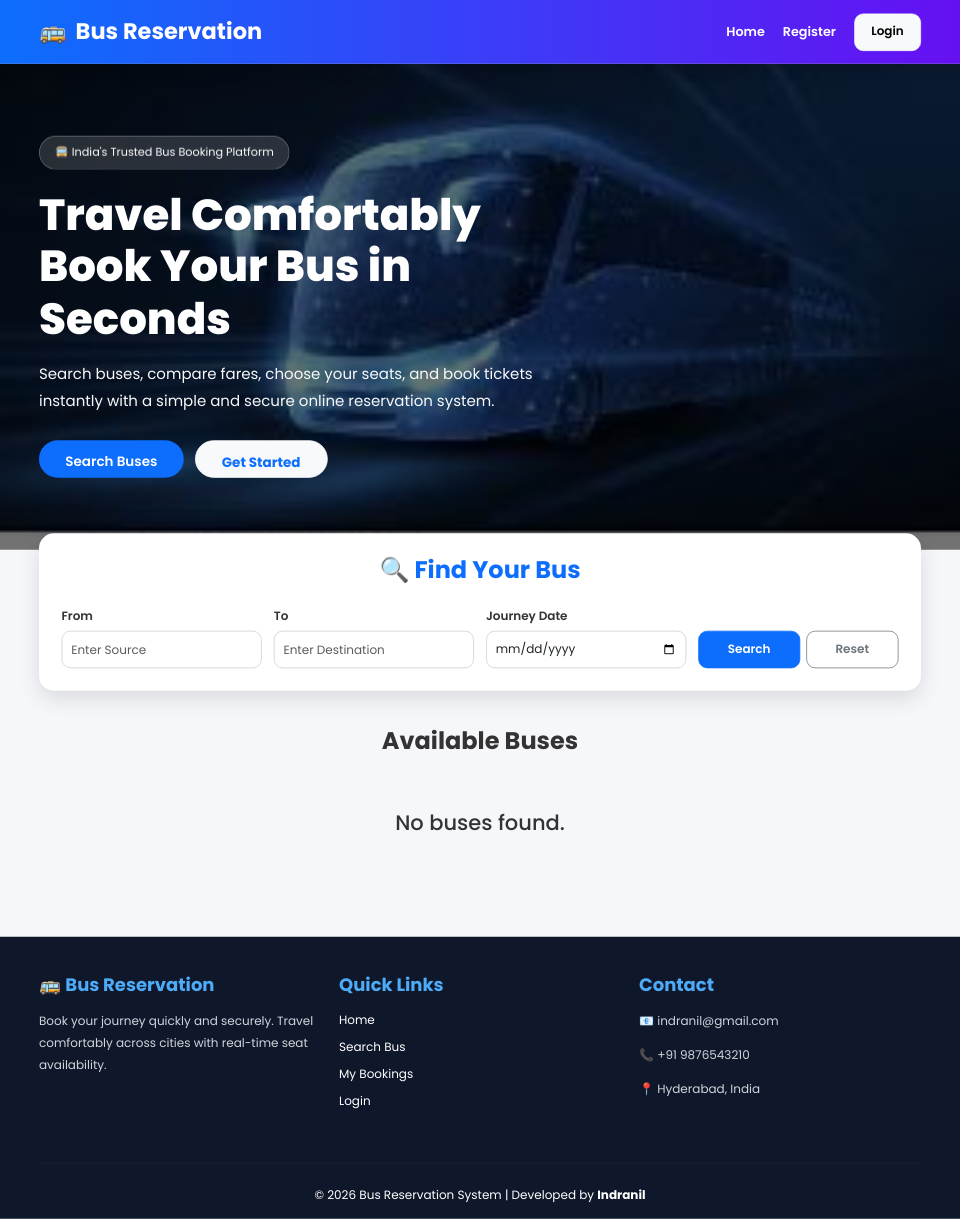
Repository: Eswarabhinay06/Bus-Reservation-System
Page: / (app in AIML-09-Bus-Reservation-System-main/bus-reservation-frontend/)
The author's editor kept a copy of each file at every save. The page is drawn from the files as they stood at one save, then again after the next save.
The browser window is 1280 px wide. The pictures show the whole page, at 75% of full size.
The page's requests for data from a server got no answer. The project was rebuilt for these pictures with package versions that can differ from the ones it lists, and the page was loaded fresh each time. No one was signed in, and anything a server would have sent is missing. Also part of the build but not shown: AIML-09-Bus-Reservation-System-main/bus-reservation-frontend/vite.config.js, AIML-09-Bus-Reservation-System-main/bus-reservation-frontend/src/styles/BusCard.css, AIML-09-Bus-Reservation-System-main/bus-reservation-frontend/src/components/BusCard.jsx, AIML-09-Bus-Reservation-System-main/bus-reservation-frontend/src/styles/SeatSelection.css, AIML-09-Bus-Reservation-System-main/bus-reservation-frontend/src/components/SeatSelection.jsx, AIML-09-Bus-Reservation-System-main/bus-reservation-frontend/src/styles/Register.css, AIML-09-Bus-Reservation-System-main/bus-reservation-frontend/src/pages/Register.jsx, AIML-09-Bus-Reservation-System-main/bus-reservation-frontend/src/styles/Login.css and 7 more.

Above is the page before, as saved 2026-07-15 13:35:31.

### AIML-09-Bus-Reservation-System-main/bus-reservation-frontend/index.html
<!doctype html>
<html lang="en">

<head>

  <meta charset="UTF-8" />

  <meta
    name="viewport"
    content="width=device-width, initial-scale=1.0"
  />

  <title>Bus Reservation System</title>

  <meta
    name="description"
    content="Online Bus Reservation System"
  />

  <link
    rel="preconnect"
    href="https://fonts.googleapis.com"
  />

  <link
    rel="preconnect"
    href="https://fonts.gstatic.com"
    crossorigin
  />

  <link
    href="https://fonts.googleapis.com/css2?family=Poppins:wght@300;400;500;600;700;800&display=swap"
    rel="stylesheet"
  />

</head>

<body>

  <div id="root"></div>

  <script
    type="module"
    src="/src/main.jsx"
  ></script>

</body>

</html>

### AIML-09-Bus-Reservation-System-main/bus-reservation-frontend/src/main.jsx
import { StrictMode } from 'react'
import { createRoot } from 'react-dom/client'
import 'bootstrap/dist/css/bootstrap.min.css'   // Add this line
import './index.css'
import App from './App.jsx'
import "bootstrap-icons/font/bootstrap-icons.css";

createRoot(document.getElementById('root')).render(
  <StrictMode>
    <App />
  </StrictMode>,
)

### AIML-09-Bus-Reservation-System-main/bus-reservation-frontend/src/index.css
* {
  margin: 0;
  padding: 0;
  box-sizing: border-box;
  font-family: "Poppins", sans-serif;
}

body {
  background: #f5f7fb;
  overflow-x: hidden;
  color: #333;
}

a {
  text-decoration: none;
}

button {
  cursor: pointer;
}

img {
  max-width: 100%;
}

.container {
  max-width: 1200px;
}

### AIML-09-Bus-Reservation-System-main/bus-reservation-frontend/src/App.jsx
import { BrowserRouter, Routes, Route } from "react-router-dom";

import Navbar from "./components/Navbar";
import Footer from "./components/Footer";

import SearchBus from "./pages/SearchBus";
import Register from "./pages/Register";
import Login from "./pages/Login";
import MyBookings from "./pages/MyBookings";
import AddBus from "./pages/AddBus";
import Payment from "./pages/Payment";

function App() {
  return (
    <BrowserRouter>

      <Navbar />

      <Routes>

        <Route
          path="/"
          element={<SearchBus />}
        />

        <Route
          path="/register"
          element={<Register />}
        />

        <Route
          path="/login"
          element={<Login />}
        />

        <Route
          path="/payment"
          element={<Payment />}
        />

        <Route
          path="/my-bookings"
          element={<MyBookings />}
        />

        <Route
          path="/add-bus"
          element={<AddBus />}
        />

      </Routes>

      <Footer />

    </BrowserRouter>
  );
}

export default App;

### AIML-09-Bus-Reservation-System-main/bus-reservation-frontend/src/components/Navbar.jsx
import { Link, useNavigate } from "react-router-dom";
import "../styles/Navbar.css";

function Navbar() {
  const navigate = useNavigate();
  const user = JSON.parse(localStorage.getItem("user"));

  const logout = () => {
    localStorage.removeItem("user");
    alert("Logged out Successfully!");
    navigate("/login");
  };

  return (
    <nav className="navbar navbar-expand-lg custom-navbar sticky-top">

      <div className="container">

        {/* Logo */}
        <Link className="navbar-brand" to="/">
          🚌 <span>Bus Reservation</span>
        </Link>

        {/* Mobile Toggle */}
        <button
          className="navbar-toggler"
          type="button"
          data-bs-toggle="collapse"
          data-bs-target="#navbarNav"
        >
          <span className="navbar-toggler-icon"></span>
        </button>

        {/* Menu */}
        <div className="collapse navbar-collapse" id="navbarNav">

          <ul className="navbar-nav ms-auto align-items-lg-center">

            <li className="nav-item">
              <Link className="nav-link" to="/">
                Home
              </Link>
            </li>

            {!user ? (
              <>
                <li className="nav-item">
                  <Link className="nav-link" to="/register">
                    Register
                  </Link>
                </li>

                <li className="nav-item">
                  <Link className="btn btn-light login-btn ms-lg-3" to="/login">
                    Login
                  </Link>
                </li>
              </>
            ) : (
              <>
                <li className="nav-item">
                  <Link className="nav-link" to="/my-bookings">
                    My Bookings
                  </Link>
                </li>

                <li className="nav-item">
                  <Link className="nav-link" to="/add-bus">
                    Add Bus
                  </Link>
                </li>

                <li className="nav-item">
                  <span className="welcome-text">
                    👋 {user.name}
                  </span>
                </li>

                <li className="nav-item">
                  <button
                    className="btn btn-danger logout-btn ms-lg-3"
                    onClick={logout}
                  >
                    Logout
                  </button>
                </li>
              </>
            )}

          </ul>

        </div>

      </div>

    </nav>
  );
}

export default Navbar;

### AIML-09-Bus-Reservation-System-main/bus-reservation-frontend/src/components/Footer.jsx
import "../styles/Footer.css";

function Footer() {
  return (
    <footer className="footer">

      <div className="container">

        <div className="row">

          {/* About */}
          <div className="col-md-4 mb-4">
            <h4>🚌 Bus Reservation</h4>
            <p>
              Book your journey quickly and securely.
              Travel comfortably across cities with
              real-time seat availability.
            </p>
          </div>

          {/* Quick Links */}
          <div className="col-md-4 mb-4">
            <h4>Quick Links</h4>

            <ul className="footer-links">
              <li>Home</li>
              <li>Search Bus</li>
              <li>My Bookings</li>
              <li>Login</li>
            </ul>
          </div>

          {/* Contact */}
          <div className="col-md-4 mb-4">
            <h4>Contact</h4>

            <p>📧 indranil@gmail.com</p>
            <p>📞 +91 9876543210</p>
            <p>📍 Hyderabad, India</p>
          </div>

        </div>

        <hr />

        <div className="text-center">
          © 2026 Bus Reservation System | Developed by <b>Indranil</b>
        </div>

      </div>

    </footer>
  );
}

export default Footer;

### AIML-09-Bus-Reservation-System-main/bus-reservation-frontend/src/pages/SearchBus.jsx
import { useEffect, useState } from "react";
import { useNavigate } from "react-router-dom";
import api from "../services/api";

import Hero from "../components/Hero";
import SearchBar from "../components/SearchBar";
import BusCard from "../components/BusCard";
import SeatSelection from "../components/SeatSelection";

function SearchBus() {
  const [buses, setBuses] = useState([]);
  const [filteredBuses, setFilteredBuses] = useState([]);
  const [selectedBus, setSelectedBus] = useState(null);

  const navigate = useNavigate();

  // Fetch all buses
  const fetchBuses = async () => {
    try {
      const response = await api.get("/buses");
      setBuses(response.data);
      setFilteredBuses(response.data);
    } catch (error) {
      console.error(error);
      alert("Unable to fetch buses");
    }
  };

  useEffect(() => {
    fetchBuses();
  }, []);

  // Search buses
  const searchBus = (source, destination) => {
    if (!source && !destination) {
      setFilteredBuses(buses);
      return;
    }

    const result = buses.filter(
      (bus) =>
        bus.source.toLowerCase().includes(source.toLowerCase()) &&
        bus.destination.toLowerCase().includes(destination.toLowerCase())
    );

    setFilteredBuses(result);
  };

  // Go to Payment Page
const goToPayment = (seatCount, selectedSeats) => {

  const user = JSON.parse(localStorage.getItem("user"));

  if (!user) {
    alert("Please Login First");
    navigate("/login");
    return;
  }

  navigate("/payment", {
    state: {
      bus: selectedBus,
      seatCount,
      selectedSeats,
    },
  });

};

  return (
    <>
      <Hero />

      <div className="container py-5" id="buses">

        <SearchBar onSearch={searchBus} />

        <h2 className="text-center fw-bold mt-5 mb-4">
          Available Buses
        </h2>

        <div className="row">

          {filteredBuses.length === 0 ? (
            <div className="text-center mt-5">
              <h3>No buses found.</h3>
            </div>
          ) : (
            filteredBuses.map((bus) => (
              <BusCard
                key={bus.id}
                bus={bus}
                onBook={() => setSelectedBus(bus)}
              />
            ))
          )}

        </div>

        {selectedBus && (
          <div className="mt-5">
            <SeatSelection
    busId={selectedBus.id}
    availableSeats={selectedBus.availableSeats}
    onConfirm={goToPayment}
/>
          </div>
        )}

      </div>
    </>
  );
}

export default SearchBus;

### AIML-09-Bus-Reservation-System-main/bus-reservation-frontend/src/styles/Navbar.css
.custom-navbar{
    background:linear-gradient(90deg,#0d6efd,#6610f2);
    padding:15px 0;
    box-shadow:0 5px 20px rgba(0,0,0,.15);
}

.navbar-brand{
    color:white !important;
    font-size:30px;
    font-weight:700;
    text-decoration:none;
}

.navbar-brand span{
    margin-left:5px;
}

.nav-link{
    color:white !important;
    font-size:17px;
    font-weight:500;
    margin-left:20px;
    transition:.3s;
}

.nav-link:hover{
    color:#ffd43b !important;
}

.login-btn{
    border-radius:30px;
    padding:10px 22px;
    font-weight:600;
}

.logout-btn{
    border-radius:30px;
    padding:10px 20px;
}

.welcome-text{
    color:#ffd43b;
    font-weight:bold;
    margin-left:20px;
}

.navbar-toggler{
    border:none;
}

.navbar-toggler:focus{
    box-shadow:none;
}

@media(max-width:992px){

.nav-link{
    margin-left:0;
    margin-top:10px;
}

.login-btn,
.logout-btn{
    margin-top:15px;
    width:100%;
}

.welcome-text{
    margin:15px 0;
    display:block;
}

}
.navbar-nav .nav-link {
    color: white !important;
    font-weight: 600;
    padding: 10px 22px;
    border-radius: 12px;
    transition: all 0.3s ease;
    margin-left: 8px;
}

.navbar-nav .nav-link:hover {
    background: rgba(255,255,255,0.15);
    color: white !important;
}

.navbar-nav .nav-link.active {
    background: #0d6efd;
    color: white !important;
    box-shadow: 0 0 15px rgba(13,110,253,0.4);
}

### AIML-09-Bus-Reservation-System-main/bus-reservation-frontend/src/styles/Footer.css
.footer{
    background:#0f172a;
    color:white;
    padding:50px 0 20px;
    margin-top:80px;
}

.footer h4{
    margin-bottom:20px;
    color:#4dabf7;
    font-weight:bold;
}

.footer p{
    color:#d1d5db;
    line-height:1.8;
}

.footer-links{
    list-style:none;
    padding:0;
}

.footer-links li{
    margin-bottom:12px;
    cursor:pointer;
    transition:.3s;
}

.footer-links li:hover{
    color:#4dabf7;
    transform:translateX(5px);
}

.footer hr{
    border-color:#334155;
    margin:30px 0;
}

### AIML-09-Bus-Reservation-System-main/bus-reservation-frontend/src/services/api.js
import axios from "axios";

const api = axios.create({
  baseURL: "http://localhost:9090/api",
});

export default api;

### AIML-09-Bus-Reservation-System-main/bus-reservation-frontend/src/components/Hero.jsx
import "../styles/Hero.css";

function Hero() {
  return (
    <section className="hero">

      <div className="hero-overlay">

        <div className="container">

          <div className="row align-items-center">

            <div className="col-lg-7">

              <div className="hero-badge">
                🚍 India's Trusted Bus Booking Platform
              </div>

              <h1 className="hero-title">
                Travel Comfortably <br />
                Book Your Bus in Seconds
              </h1>

              <p className="hero-text">
                Search buses, compare fares, choose your seats,
                and book tickets instantly with a simple and
                secure online reservation system.
              </p>

              <div className="hero-buttons">

                <a href="#buses" className="btn btn-primary">
                  Search Buses
                </a>

                <a href="/register" className="btn btn-light">
                  Get Started
                </a>

              </div>

            </div>

          </div>

        </div>

      </div>

    </section>
  );
}

export default Hero;

### AIML-09-Bus-Reservation-System-main/bus-reservation-frontend/src/components/SearchBar.jsx
import { useState } from "react";
import "../styles/SearchBar.css";

function SearchBar({ onSearch }) {
  const [source, setSource] = useState("");
  const [destination, setDestination] = useState("");
  const [date, setDate] = useState("");

  const handleSearch = () => {
    onSearch(source, destination);
  };

  const handleReset = () => {
    setSource("");
    setDestination("");
    setDate("");
    onSearch("", "");
  };

  return (
    <div className="search-card">

      <h2 className="search-title">
        🔍 Find Your Bus
      </h2>

      <div className="row g-3">

        <div className="col-lg-3 col-md-6">
          <label className="form-label">From</label>

          <input
            type="text"
            className="form-control"
            placeholder="Enter Source"
            value={source}
            onChange={(e) => setSource(e.target.value)}
          />
        </div>

        <div className="col-lg-3 col-md-6">
          <label className="form-label">To</label>

          <input
            type="text"
            className="form-control"
            placeholder="Enter Destination"
            value={destination}
            onChange={(e) => setDestination(e.target.value)}
          />
        </div>

        <div className="col-lg-3 col-md-6">
          <label className="form-label">Journey Date</label>

          <input
            type="date"
            className="form-control"
            value={date}
            onChange={(e) => setDate(e.target.value)}
          />
        </div>

        <div className="col-lg-3 col-md-6 d-flex align-items-end">

          <button
            className="btn btn-primary me-2 flex-fill"
            onClick={handleSearch}
          >
            Search
          </button>

          <button
            className="btn btn-outline-secondary flex-fill"
            onClick={handleReset}
          >
            Reset
          </button>

        </div>

      </div>

    </div>
  );
}

export default SearchBar;

### AIML-09-Bus-Reservation-System-main/bus-reservation-frontend/src/styles/Hero.css
.hero{
    min-height:90vh;
    background:
        linear-gradient(rgba(0,0,0,0.55), rgba(0,0,0,0.55)),
        url("../assets/bus-banner.jpg");
    background-size:cover;
    background-position:center;
    background-repeat:no-repeat;
    display:flex;
    align-items:center;
    justify-content:center;
    color:white;
    position:relative;
    overflow:hidden;
}

.hero-overlay{
    width:100%;
    padding:80px 0;
}

.hero-badge{
    display:inline-block;
    background:rgba(255,255,255,.15);
    padding:10px 20px;
    border-radius:30px;
    font-size:15px;
    margin-bottom:25px;
    backdrop-filter:blur(8px);
    border:1px solid rgba(255,255,255,.3);
}

.hero-title{
    font-size:58px;
    font-weight:800;
    line-height:1.2;
    margin-bottom:20px;
}

.hero-text{
    font-size:20px;
    color:#f8f9fa;
    line-height:1.8;
    margin-bottom:35px;
}

.hero-buttons .btn{
    padding:14px 35px;
    border-radius:30px;
    font-size:18px;
    font-weight:600;
    margin-right:15px;
}

.hero-buttons .btn-primary{
    background:#0d6efd;
    border:none;
}

.hero-buttons .btn-light{
    color:#0d6efd;
    font-weight:bold;
}

@media(max-width:992px){

.hero{
    min-height:75vh;
    text-align:center;
}

.hero-title{
    font-size:42px;
}

.hero-text{
    font-size:18px;
}

.hero-buttons .btn{
    display:block;
    width:100%;
    margin-bottom:15px;
}

}

### AIML-09-Bus-Reservation-System-main/bus-reservation-frontend/src/styles/SearchBar.css
.search-card{
    background:white;
    border-radius:20px;
    padding:30px;
    box-shadow:0 10px 30px rgba(0,0,0,.12);
    margin-top:-70px;
    position:relative;
    z-index:10;
}

.search-title{
    text-align:center;
    margin-bottom:30px;
    color:#0d6efd;
    font-weight:700;
}

.form-label{
    font-weight:600;
    margin-bottom:8px;
}

.form-control{
    height:50px;
    border-radius:12px;
    border:1px solid #ccc;
}

.form-control:focus{
    box-shadow:none;
    border:2px solid #0d6efd;
}

.btn{
    height:50px;
    border-radius:12px;
    font-weight:600;
}

@media(max-width:768px){

.search-card{
    margin-top:20px;
    padding:20px;
}

}

After the next save:
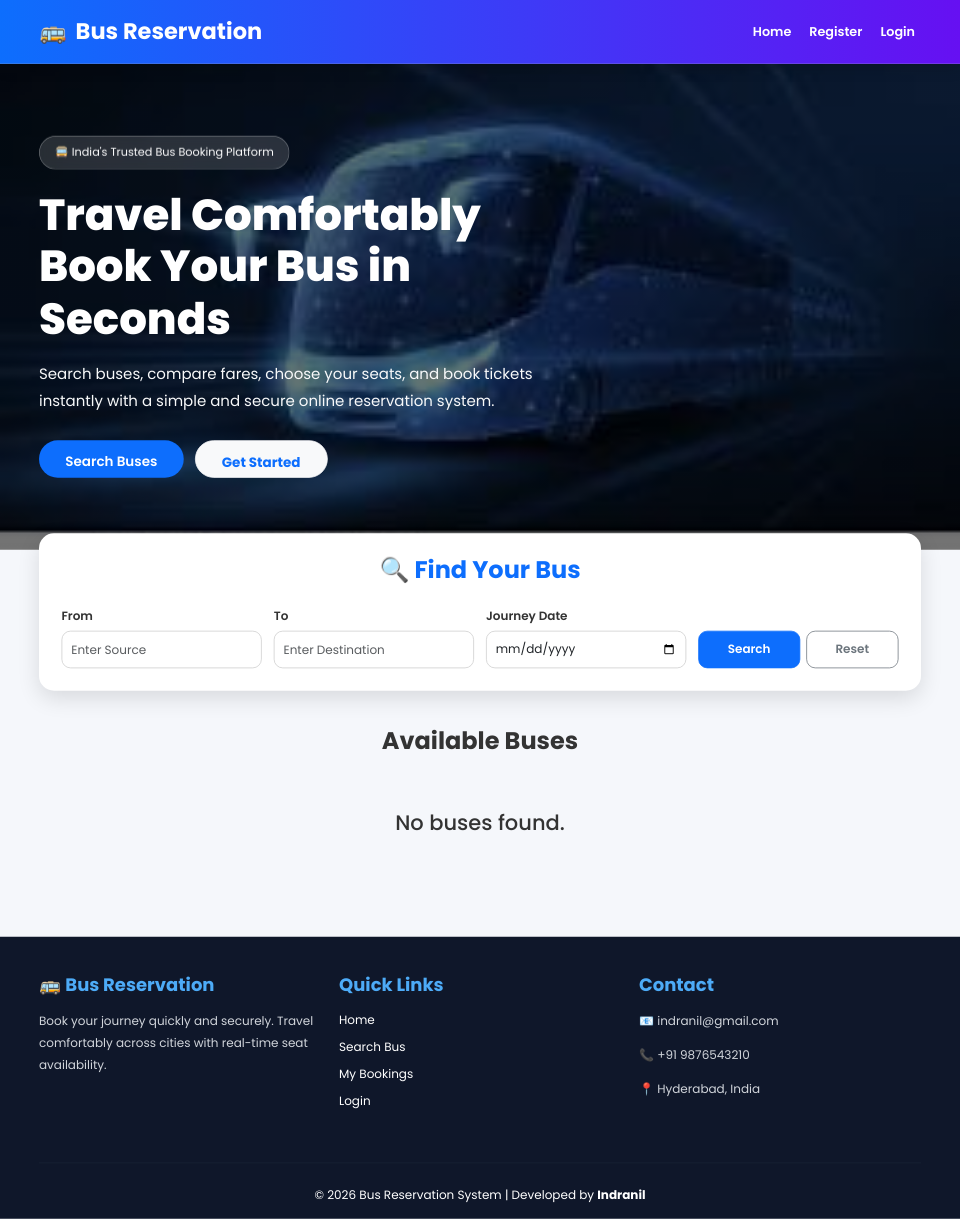
Saved 2 min 4 s later.
--- a/AIML-09-Bus-Reservation-System-main/bus-reservation-frontend/src/components/Navbar.jsx
+++ b/AIML-09-Bus-Reservation-System-main/bus-reservation-frontend/src/components/Navbar.jsx
@@ -1,27 +1,36 @@
-import { Link, useNavigate } from "react-router-dom";
+import { Link, NavLink, useNavigate } from "react-router-dom";
 import "../styles/Navbar.css";
 
 function Navbar() {
+
   const navigate = useNavigate();
+
   const user = JSON.parse(localStorage.getItem("user"));
 
   const logout = () => {
+
     localStorage.removeItem("user");
+
     alert("Logged out Successfully!");
+
     navigate("/login");
+
   };
 
   return (
+
     <nav className="navbar navbar-expand-lg custom-navbar sticky-top">
 
       <div className="container">
 
         {/* Logo */}
+
         <Link className="navbar-brand" to="/">
           🚌 <span>Bus Reservation</span>
         </Link>
 
         {/* Mobile Toggle */}
+
         <button
           className="navbar-toggler"
           type="button"
@@ -32,59 +41,126 @@ function Navbar() {
         </button>
 
         {/* Menu */}
-        <div className="collapse navbar-collapse" id="navbarNav">
+
+        <div
+          className="collapse navbar-collapse"
+          id="navbarNav"
+        >
 
           <ul className="navbar-nav ms-auto align-items-lg-center">
 
+            {/* Home */}
+
             <li className="nav-item">
-              <Link className="nav-link" to="/">
+
+              <NavLink
+                to="/"
+                className={({ isActive }) =>
+                  `nav-link ${isActive ? "active-link" : ""}`
+                }
+              >
                 Home
-              </Link>
+              </NavLink>
+
             </li>
 
             {!user ? (
+
               <>
+
+                {/* Register */}
+
                 <li className="nav-item">
-                  <Link className="nav-link" to="/register">
+
+                  <NavLink
+                    to="/register"
+                    className={({ isActive }) =>
+                      `nav-link ${isActive ? "active-link" : ""}`
+                    }
+                  >
                     Register
-                  </Link>
+                  </NavLink>
+
                 </li>
 
+                {/* Login */}
+
                 <li className="nav-item">
-                  <Link className="btn btn-light login-btn ms-lg-3" to="/login">
+
+                  <NavLink
+                    to="/login"
+                    className={({ isActive }) =>
+                      `nav-link ${isActive ? "active-link" : ""}`
+                    }
+                  >
                     Login
-                  </Link>
-                </li>
-              </>
-            ) : (
-              <>
-                <li className="nav-item">
-                  <Link className="nav-link" to="/my-bookings">
-                    My Bookings
-                  </Link>
+                  </NavLink>
+
                 </li>
 
+              </>
+
+            ) : (
+
+              <>
+
+                {/* My Bookings */}
+
                 <li className="nav-item">
-                  <Link className="nav-link" to="/add-bus">
-                    Add Bus
-                  </Link>
+
+                  <NavLink
+                    to="/my-bookings"
+                    className={({ isActive }) =>
+                      `nav-link ${isActive ? "active-link" : ""}`
+                    }
+                  >
+                    My Bookings
+                  </NavLink>
+
                 </li>
 
+                {/* Add Bus */}
+
                 <li className="nav-item">
-                  <span className="welcome-text">
-                    👋 {user.name}
-                  </span>
+
+                  <NavLink
+                    to="/add-bus"
+                    className={({ isActive }) =>
+                      `nav-link ${isActive ? "active-link" : ""}`
+                    }
+                  >
+                    Add Bus
+                  </NavLink>
+
                 </li>
 
+                {/* Welcome */}
+
                 <li className="nav-item">
+
+                  <span className="welcome-text">
+
+                    👋 {user.name}
+
+                  </span>
+
+                </li>
+
+                {/* Logout */}
+
+                <li className="nav-item">
+
                   <button
-                    className="btn btn-danger logout-btn ms-lg-3"
+                    className="btn btn-danger logout-btn"
                     onClick={logout}
                   >
                     Logout
                   </button>
+
                 </li>
+
               </>
+
             )}
 
           </ul>
@@ -94,7 +170,9 @@ function Navbar() {
       </div>
 
     </nav>
+
   );
+
 }
 
 export default Navbar;
